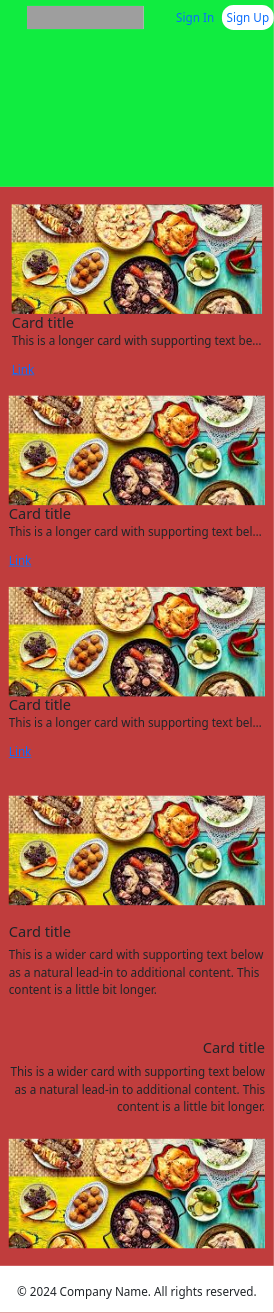
Repository: Joao-Rafael-mob/repoCurso
Page: index.html
These files come from the project's save history. The page is drawn as it stood at one moment and after the next save; the edit follows.
The browser window is 375 px wide. The pictures show the whole page, at 73% of full size.
Pictures or frames that could not be fetched are drawn as grey boxes.

Above is the page before, as saved 2024-09-27 08:38:41.

After the next save:
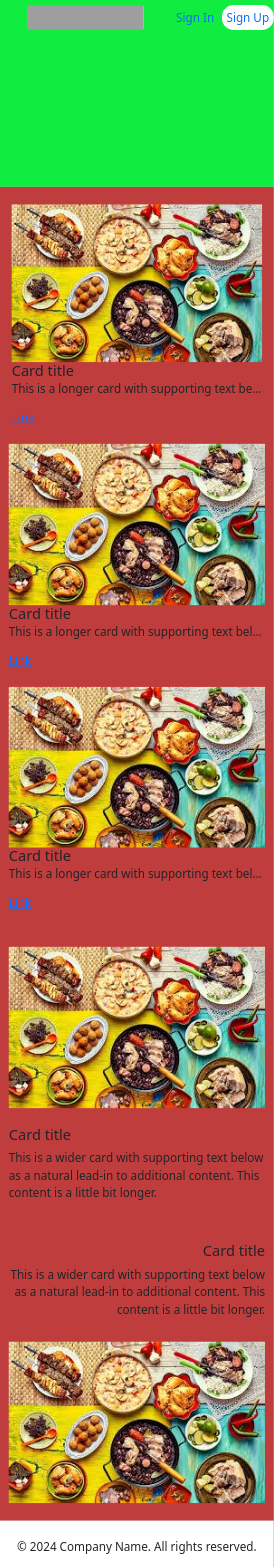
Saved 14 min 24 s later.
--- a/styles.css
+++ b/styles.css
@@ -40,46 +40,3 @@ main  {
     background-color: rgb(192, 61, 61);
 
 }
-
-main .meio-1 .card {
-    margin-left: 3rem;
-    margin-right: 3rem;
-}
-
-s main .meio-1 a {
-    text-decoration: none;
-}
-
-main .card-custom {
-    border: none;
-    /* Remove the border */
-    border-radius: 0;
-    /* Remove rounded corners if needed */
-    box-shadow: none;
-    /* Remove shadow if present */
-}
-
-main .card-img-top {
-    max-height: 150px;
-    /* Limita a altura da imagem */
-    object-fit: cover;
-    /* Para cobrir a área da imagem sem distorcer */
-}
-
-main .cards {
-    padding-top: 2rem;
-    padding-bottom: 1rem;
-    margin-left: 30%;
-
-}
-
-@media (max-width: 600px) {
-    main .cards {
-        margin: auto;
-    }
-
-    main .meio-1 .card {
-        margin: 0;
-    }
-
-}
